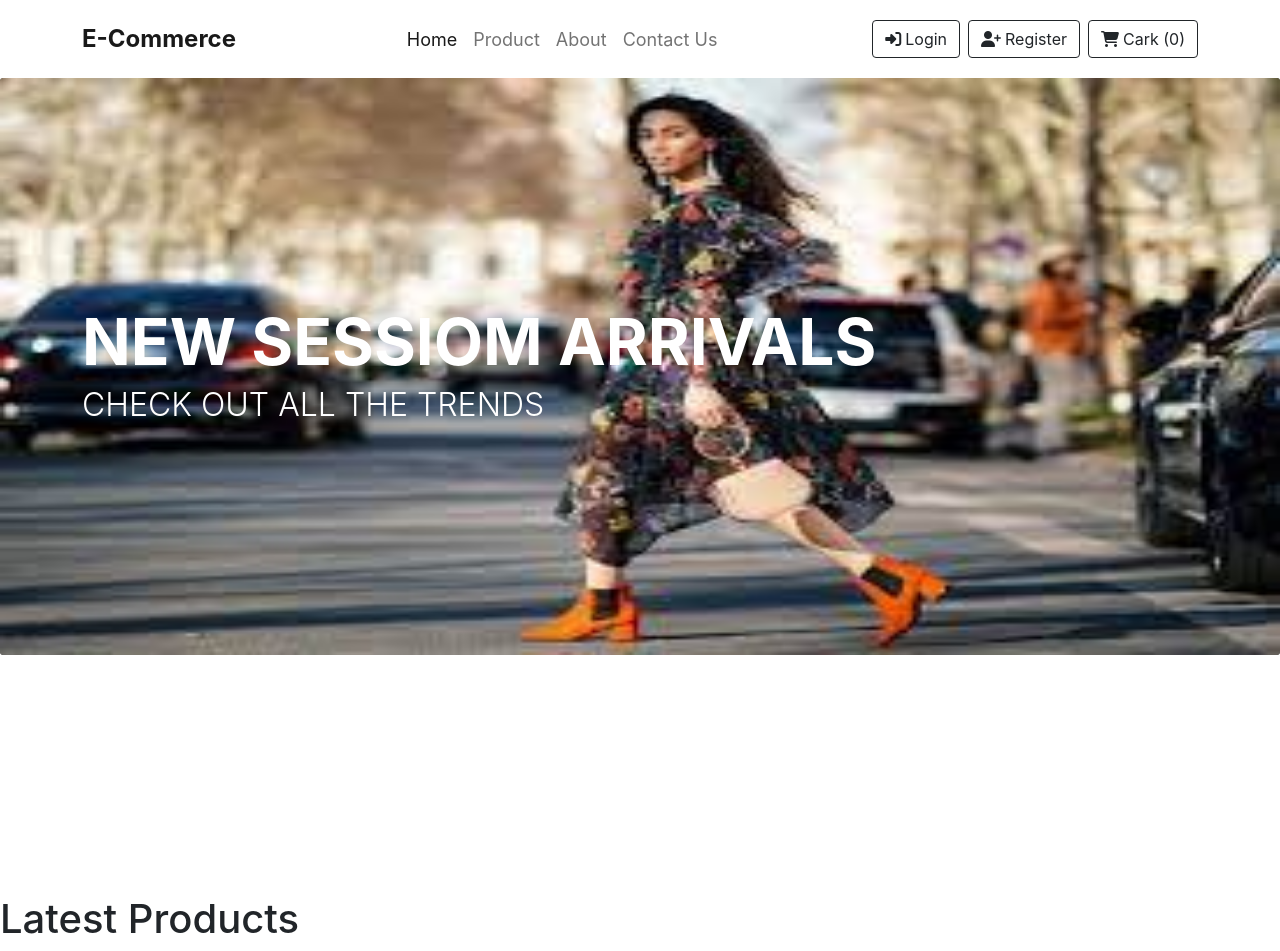
Repository: Sanjayjangra88/online_shop
Page: /products
An editor plug-in stored every save of this project. The page is shown before and after the next save, followed by the edit.
The browser window is 1280 px wide. The pictures show the whole page.
Some web libraries are served in a nearby version. The project was rebuilt for these pictures with package versions that can differ from the ones it lists, and the page was loaded fresh each time.

Above is the page before, as saved 2022-03-29 20:56:13.

After the next save:
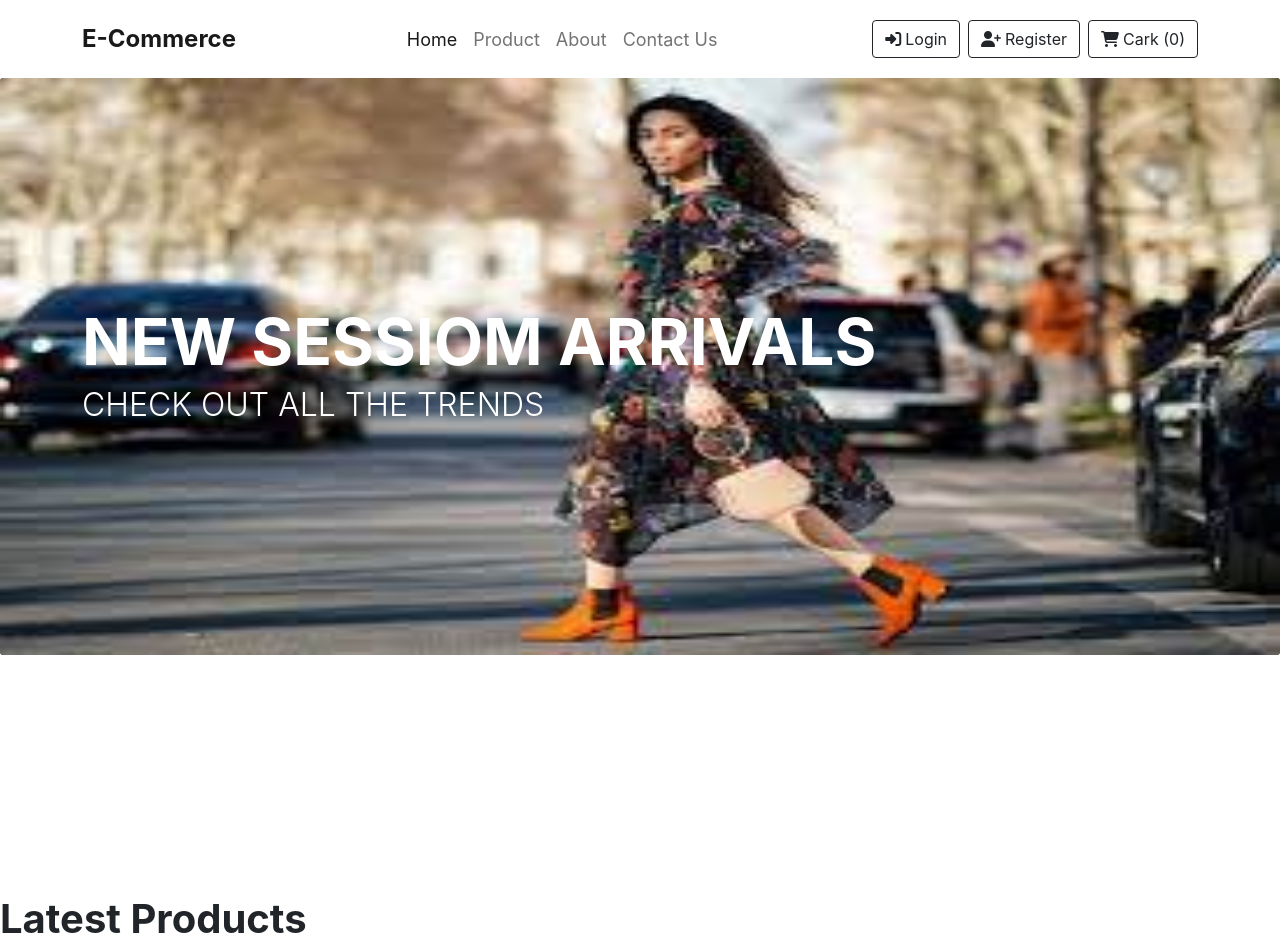
Saved 66 s later.
--- a/src/components2/Products.jsx
+++ b/src/components2/Products.jsx
@@ -29,7 +29,7 @@
       <div className="container my-5 py-5"></div>
       <div className="row"></div>
       <div className="col-12 mb-5"></div>
-      <h1>Latest Products</h1>
+      <h1 className='display-6 fw-bolder'>Latest Products</h1>
     </div>
   )
 }
